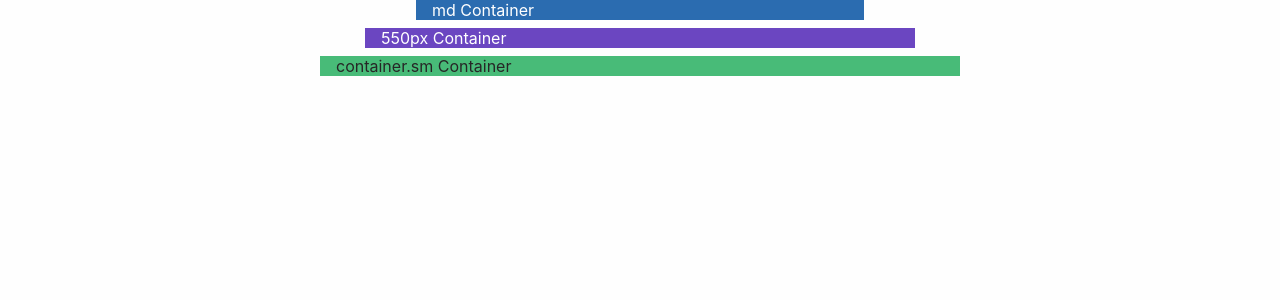
Repository: jorgelucasjs/chakra-ui-doc
Page: /
These files come from the project's save history. The page is drawn as it stood at one moment and after a run of saves; the edit follows.
The browser window is 1280 px wide. The pictures show the whole page.
The project was rebuilt for these pictures with package versions that can differ from the ones it lists, and the page was loaded fresh each time.

Above is the page before, as saved 2023-01-06 11:50:19.

### public/index.html
<!DOCTYPE html>
<html lang="en">
  <head>
    <meta charset="utf-8" />
   <!--  <link rel="icon" href="%PUBLIC_URL%/logo.jpg" /> -->
    <meta name="viewport" content="width=device-width, initial-scale=1" />
    <meta name="theme-color" content="#000000" />
    <meta
      name="description"
      content="Web site created using create-react-app"
    />
    <!-- <link rel="apple-touch-icon" href="%PUBLIC_URL%/logo.jpg" /> -->
    <!--
      manifest.json provides metadata used when your web app is installed on a
      user's mobile device or desktop. See https://developers.google.com/web/fundamentals/web-app-manifest/
    -->
    <link rel="manifest" href="%PUBLIC_URL%/manifest.json" />
    <!--
      Notice the use of %PUBLIC_URL% in the tags above.
      It will be replaced with the URL of the `public` folder during the build.
      Only files inside the `public` folder can be referenced from the HTML.

      Unlike "/favicon.ico" or "favicon.ico", "%PUBLIC_URL%/favicon.ico" will
      work correctly both with client-side routing and a non-root public URL.
      Learn how to configure a non-root public URL by running `npm run build`.
    -->
    <title>Chackra ui</title>
  </head>
  <body>
    <noscript>You need to enable JavaScript to run this app.</noscript>
    <div id="root"></div>
    <!--
      This HTML file is a template.
      If you open it directly in the browser, you will see an empty page.

      You can add webfonts, meta tags, or analytics to this file.
      The build step will place the bundled scripts into the <body> tag.

      To begin the development, run `npm start` or `yarn start`.
      To create a production bundle, use `npm run build` or `yarn build`.
    -->
  </body>
</html>

### src/index.tsx
import React from 'react';
import ReactDOM from 'react-dom/client';
import App from './App';
import reportWebVitals from './reportWebVitals';

const root = ReactDOM.createRoot(
  document.getElementById('root') as HTMLElement
);


root.render(

	<React.StrictMode>
		<App />
	</React.StrictMode>

);

reportWebVitals();

### src/App.tsx
import * as React from 'react';
import PagesRouter from './routes';
import { extendTheme, ChakraProvider, ColorModeScript } from '@chakra-ui/react';
import theme from './theme/theme';

export default function App(): JSX.Element {

	return (
		<ChakraProvider theme={theme}>
			<ColorModeScript initialColorMode={theme.config.initialColorMode} />
			<PagesRouter />
		</ChakraProvider>
	);
}

### src/routes/index.tsx
import React from 'react';
import { BrowserRouter, Route, Routes } from 'react-router-dom';
import Home from '../pages';
import GlobalStyle from './../style/Global';
export default function PagesRouter(): JSX.Element {
	return (

		<BrowserRouter>
			<GlobalStyle />

			<Routes>

				<Route
					path='/'
					element={<Home />}
				/>
			</Routes>
		</BrowserRouter>

	);
}

### src/theme/theme.ts
import { extendTheme, ThemeConfig } from '@chakra-ui/react';

const config: ThemeConfig = {
	initialColorMode: 'light',
	useSystemColorMode: false,
};

const colors = {
	brand: {
		900: '#1a365d',
		800: '#153e75',
		700: '#2a69ac',
	},
};

const theme = extendTheme({ config, colors });

export default theme;

### src/pages/index.tsx
import React from 'react';
import { Box, Container, Text, Flex, Grid, Button, SimpleGrid, Wrap, WrapItem, VStack } from '@chakra-ui/react';
import Gradient from '../components/Gradient';
import ColorMode from '../components/ColorMode';
import ModalComponent from '../components/ModalComponent';
import TabsComponents from '../components/TabsComponents';
import { CircularProgress, CircularProgressLabel } from '@chakra-ui/react';
import SkeletonComponents from '../components/SkeletonComponents';
import { Avatar, AvatarBadge, AvatarGroup } from '@chakra-ui/react';
import FormControl from '../components/FormControl';

export default function index(): JSX.Element {

	return (
		<VStack>
			<Container maxW='md' bg='blue.600' color='white'>
				<div>md Container</div>
			</Container>
			<Container maxW='550px' bg='purple.600' color='white'>
				<div>550px Container</div>
			</Container>
			<Container maxW='container.sm' bg='green.400' color='#262626'>
				<div>container.sm Container</div>
			</Container>
		</VStack>
	);
}

### src/style/Global.ts
import { createGlobalStyle } from 'styled-components';

export default createGlobalStyle`
  * {
	  margin: 0;
	  padding: 0;
	  box-sizing: border-box;
	}

  body {
	  width: 100vw;
	  background:#fefefe;
  }

  body,
  input,
  textarea,
  button {
	font: 400 1rem Inter, sans-serif;
  }

  h1 {
	font-size: 2.5rem;
	font: 700;
	font-family: 'Work Sans', sans-serif;
  }

  h2 {
	font-size: 1.5rem;
  }

  button {
	cursor: pointer;
  }

  h1,
  h2,
  h3,
  h4,
  h5,
  h6 {
	font-weight: 600;
	font-family: Lexend, sans-serif;
  }

  input {
	outline: none;
  }
  a{
	text-decoration:none;
	color:#fff;
  }
  .modalContent,
  .secondModal {
	>img {
	  width: 15rem;
	  margin: 15px auto;
	  display: flex;
	  justify-content: center;
	  align-self: center;
	}
	> form {
	  margin: 20px 0;
	  width: 100%;
	  text-align: center;

	> label {
	  display: flex;
	  align-items: flex-start;
	  margin: 15px 0;
	  color: #1c1c1c;
	}

	>button {
	  margin-top: 25px;
	}
  }
}


.secondModal {
  >h1 {
	text-align: center;
	margin: 4rem 0 0 0;
  }

  >span {
	display: block;
	text-align: center;
	color: #1c1c1c;
	font-size: 15px;
	margin: 20px 0;
  }
}



`;

Loaded but not shown: src/reportWebVitals.ts (common file)

After the next 3 saves:
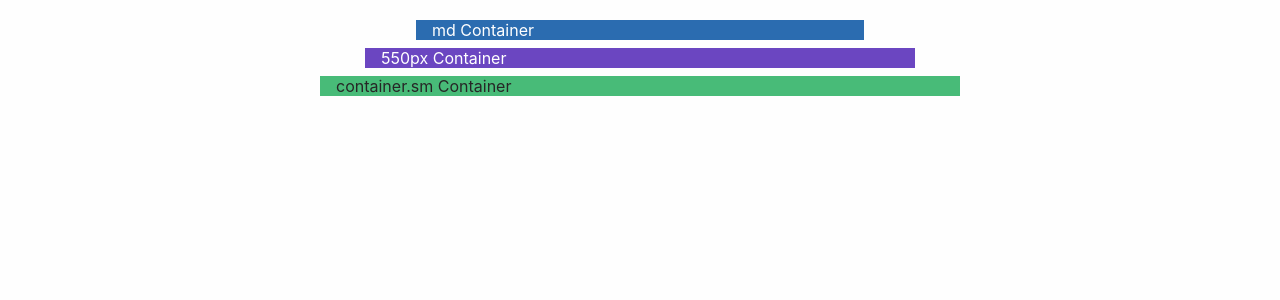
The 3 saves are shown as one change because they came seconds apart.
The last was saved 17 s later.
--- a/src/pages/index.tsx
+++ b/src/pages/index.tsx
@@ -12,7 +12,7 @@
 export default function index(): JSX.Element {
 
 	return (
-		<VStack>
+		<VStack p={5}>
 			<Container maxW='md' bg='blue.600' color='white'>
 				<div>md Container</div>
 			</Container>
